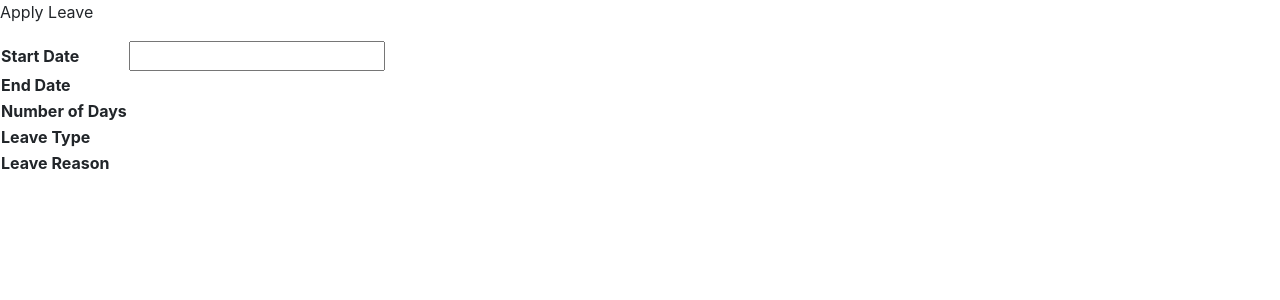
Repository: rkmr039/EMS_PROJECT
Page: http://localhost/EMS/ApplyLeaves.jsp
These files come from the project's save history. The page is drawn as it stood at one moment and after the next save; the edit follows.
The browser window is 1280 px wide. The pictures show the whole page.
The page is served by Tomcat 9. Other server files are loaded and not shown.

Above is the page before, as saved 2019-08-27 06:14:22.
Console error: TypeError: Cannot read properties of undefined (reading 'fn')

### EMS/WebContent/ApplyLeaves.jsp
<%@ page language="java" contentType="text/html; charset=ISO-8859-1"
    pageEncoding="ISO-8859-1"%>
<!DOCTYPE html PUBLIC "-//W3C//DTD HTML 4.01 Transitional//EN" "http://www.w3.org/TR/html4/loose.dtd">
<html>
<head>
<link rel="stylesheet" href="https://stackpath.bootstrapcdn.com/bootstrap/4.3.1/css/bootstrap.min.css" integrity="sha384-ggOyR0iXCbMQv3Xipma34MD+dH/1fQ784/j6cY/iJTQUOhcWr7x9JvoRxT2MZw1T" crossorigin="anonymous">
<script src="https://stackpath.bootstrapcdn.com/bootstrap/4.3.1/js/bootstrap.min.js" integrity="sha384-JjSmVgyd0p3pXB1rRibZUAYoIIy6OrQ6VrjIEaFf/nJGzIxFDsf4x0xIM+B07jRM" crossorigin="anonymous"></script>

<meta http-equiv="Content-Type" content="text/html; charset=ISO-8859-1">
<title>Apply leave | EMS</title>
</head>
<body>
	<p id="page">Apply Leave</p>
	<form class="form">
	<table>
		<tr>
			<th>Start Date</th>
			<td class="">
				<input type='text' name="startDate"  />

            </td>

		</tr>
		<tr>
			<th>End Date</th>
			<td></td>
		</tr>
		<tr>
			<th>Number of Days</th>
			<td></td>
		</tr>
		<tr>
			<th>Leave Type</th>
			<td></td>
		</tr>
		<tr>
			<th>Leave Reason</th>
			<td></td>
		</tr>
		<tr>
			<td></td>
			<td></td>
		</tr>
	</table>
	</form>

<script src="https://code.jquery.com/jquery-3.3.1.slim.min.js" integrity="sha384-q8i/X+965DzO0rT7abK41JStQIAqVgRVzpbzo5smXKp4YfRvH+8abtTE1Pi6jizo" crossorigin="anonymous"></script>
<script src="https://cdnjs.cloudflare.com/ajax/libs/popper.js/1.14.7/umd/popper.min.js" integrity="sha384-UO2eT0CpHqdSJQ6hJty5KVphtPhzWj9WO1clHTMGa3JDZwrnQq4sF86dIHNDz0W1" crossorigin="anonymous"></script>

</body>
</html>

After the next save:
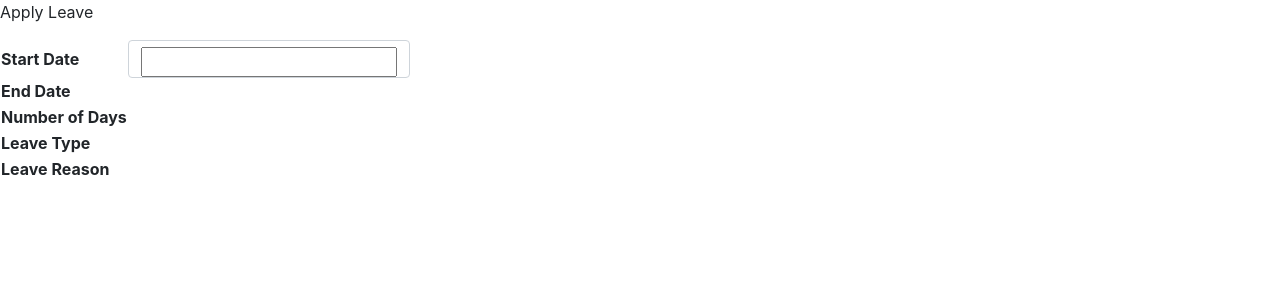
Saved 12 s later.
--- a/EMS/WebContent/ApplyLeaves.jsp
+++ b/EMS/WebContent/ApplyLeaves.jsp
@@ -15,7 +15,7 @@
 	<table>
 		<tr>
 			<th>Start Date</th>
-			<td class="">
+			<td class="form-control date">
 				<input type='text' name="startDate"  />
 
             </td>
